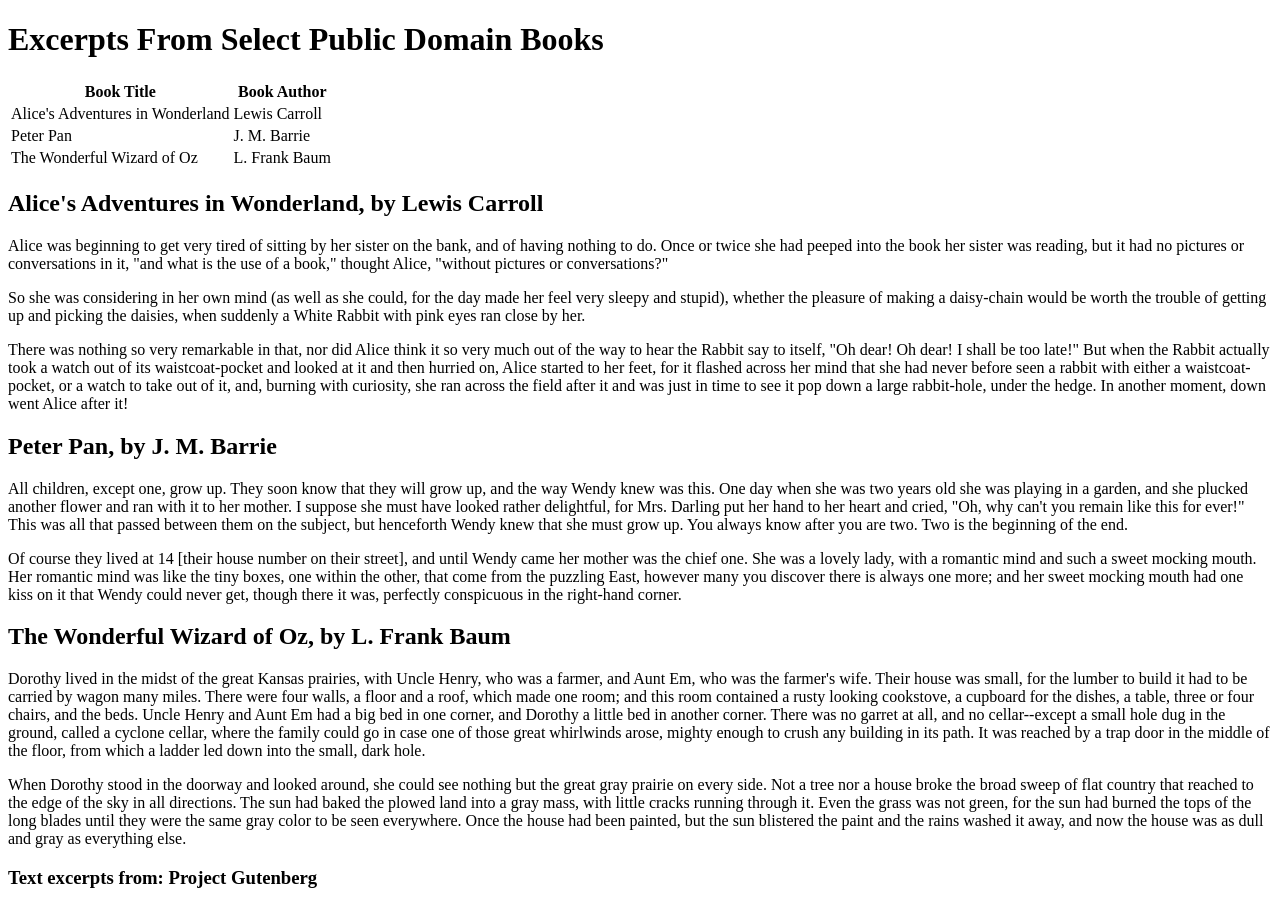
Repository: rishondass/ITMD361-Lab3
Page: index.html
These files come from the project's save history. The page is drawn as it stood at one moment and after the next save; the edit follows.
The browser window is 1280 px wide. The pictures show the whole page.

Above is the page before, as saved 2023-01-13 14:32:50.

### index.html
<!DOCTYPE html>
<html lang="en">
<head>
    <meta charset="UTF-8">
    <meta http-equiv="X-UA-Compatible" content="IE=edge">
    <meta name="viewport" content="width=device-width, initial-scale=1.0">
    <title>Excerpts From Select Public Domain Books</title>
</head>
<body>
    <h1>Excerpts From Select Public Domain Books</h1>
    <table>
        <thead>
            <tr>
                <th>
                    <strong>Book Title</strong>
                </th>
                <th>
                    <strong>Book Author</strong>
                </th>
            </tr>
        </thead>
        <tbody>
            <tr>
                <td>Alice's Adventures in Wonderland</td>
                <td>Lewis Carroll</td>
            </tr>
            <tr>
                <td>Peter Pan</td>
                <td>J. M. Barrie</td>
            </tr>
            <tr>
                <td>The Wonderful Wizard of Oz</td>
                <td>L. Frank Baum</td>
            </tr>
        </tbody>
    </table>

    <h2>Alice's Adventures in Wonderland, by Lewis Carroll</h2>
    <p>
        Alice was beginning to get very tired of sitting by her sister on the bank, and of having nothing to do. Once or twice she had peeped into the book her sister was reading, but it had no pictures or conversations in it, "and what is the use of a book," thought Alice, "without pictures or conversations?"
    </p>
    <p>
        So she was considering in her own mind (as well as she could, for the day made her feel very sleepy and stupid), whether the pleasure of making a daisy-chain would be worth the trouble of getting up and picking the daisies, when suddenly a White Rabbit with pink eyes ran close by her.
    </p>
    <p>
        There was nothing so very remarkable in that, nor did Alice think it so very much out of the way to hear the Rabbit say to itself, "Oh dear! Oh dear! I shall be too late!" But when the Rabbit actually took a watch out of its waistcoat-pocket and looked at it and then hurried on, Alice started to her feet, for it flashed across her mind that she had never before seen a rabbit with either a waistcoat-pocket, or a watch to take out of it, and, burning with curiosity, she ran across the field after it and was just in time to see it pop down a large rabbit-hole, under the hedge. In another moment, down went Alice after it!
    </p>
    <h2>Peter Pan, by J. M. Barrie</h2>
    <p>
        All children, except one, grow up. They soon know that they will grow up, and the way Wendy knew was this. One day when she was two years old she was playing in a garden, and she plucked another flower and ran with it to her mother. I suppose she must have looked rather delightful, for Mrs. Darling put her hand to her heart and cried, "Oh, why can't you remain like this for ever!" This was all that passed between them on the subject, but henceforth Wendy knew that she must grow up. You always know after you are two. Two is the beginning of the end.
    </p>
    <p>
        Of course they lived at 14 [their house number on their street], and until Wendy came her mother was the chief one. She was a lovely lady, with a romantic mind and such a sweet mocking mouth. Her romantic mind was like the tiny boxes, one within the other, that come from the puzzling East, however many you discover there is always one more; and her sweet mocking mouth had one kiss on it that Wendy could never get, though there it was, perfectly conspicuous in the right-hand corner.

    </p>
    <h2>The Wonderful Wizard of Oz, by L. Frank Baum</h2>
    <p>
        Dorothy lived in the midst of the great Kansas prairies, with Uncle Henry, who was a farmer, and Aunt Em, who was the farmer's wife.  Their house was small, for the lumber to build it had to be carried by wagon many miles.  There were four walls, a floor and a roof, which made one room; and this room contained a rusty looking cookstove, a cupboard for the dishes, a table, three or four chairs, and the beds.  Uncle Henry and Aunt Em had a big bed in one corner, and Dorothy a little bed in another corner.  There was no garret at all, and no cellar--except a small hole dug in the ground, called a cyclone cellar, where the family could go in case one of those great whirlwinds arose, mighty enough to crush any building in its path.  It was reached by a trap door in the middle of the floor, from which a ladder led down into the small, dark hole.
    </p>
    <p>
        When Dorothy stood in the doorway and looked around, she could see nothing but the great gray prairie on every side.  Not a tree nor a house broke the broad sweep of flat country that reached to the edge of the sky in all directions.  The sun had baked the plowed land into a gray mass, with little cracks running through it.  Even the grass was not green, for the sun had burned the tops of the long blades until they were the same gray color to be seen everywhere.  Once the house had been painted, but the sun blistered the paint and the rains washed it away, and now the house was as dull and gray as everything else.
    </p>

    <h3>Text excerpts from: Project Gutenberg</h3>
</body>
</html>

After the next save:
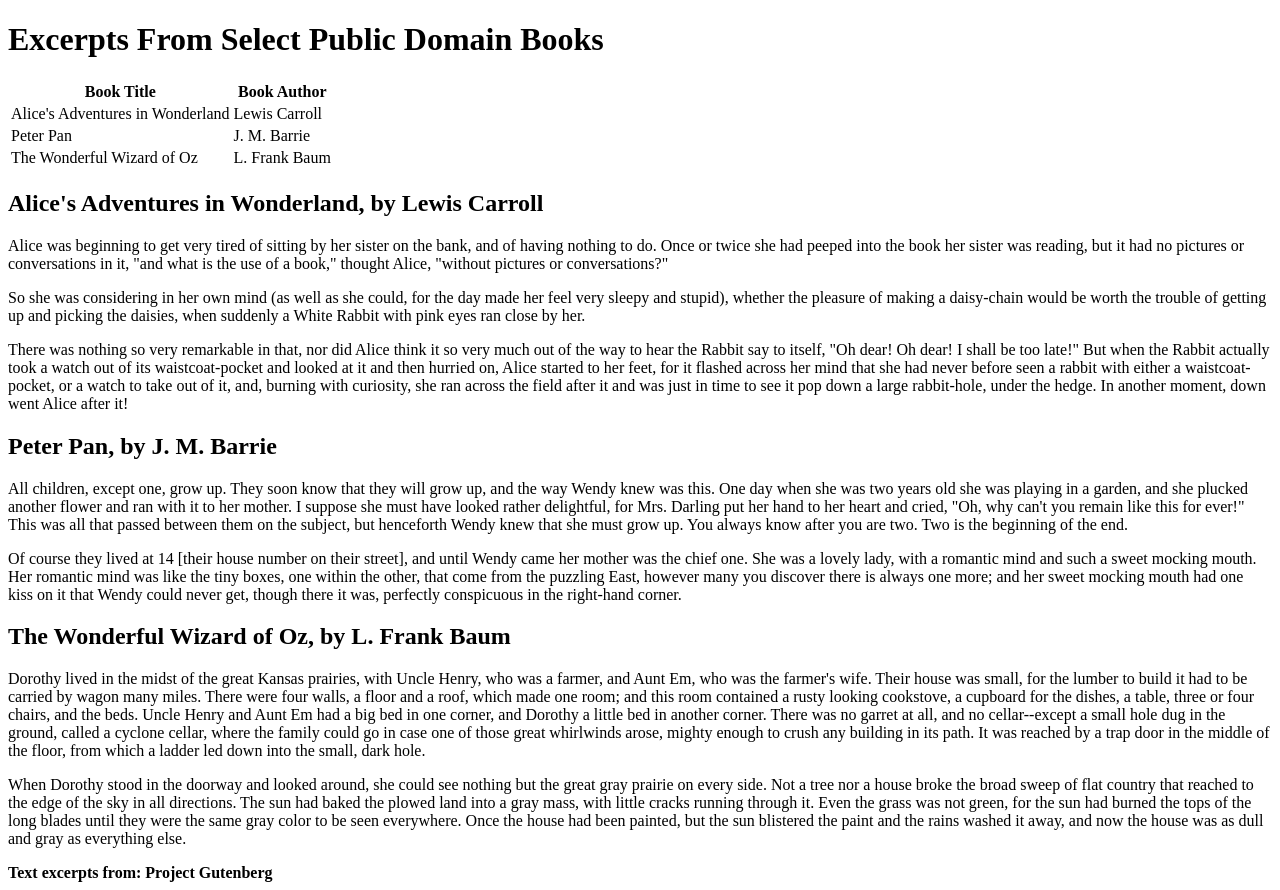
Saved 16 s later.
--- a/index.html
+++ b/index.html
@@ -61,6 +61,6 @@
         When Dorothy stood in the doorway and looked around, she could see nothing but the great gray prairie on every side.  Not a tree nor a house broke the broad sweep of flat country that reached to the edge of the sky in all directions.  The sun had baked the plowed land into a gray mass, with little cracks running through it.  Even the grass was not green, for the sun had burned the tops of the long blades until they were the same gray color to be seen everywhere.  Once the house had been painted, but the sun blistered the paint and the rains washed it away, and now the house was as dull and gray as everything else.
     </p>
 
-    <h3>Text excerpts from: Project Gutenberg</h3>
+    <strong>Text excerpts from: Project Gutenberg</strong>
 </body>
 </html>
